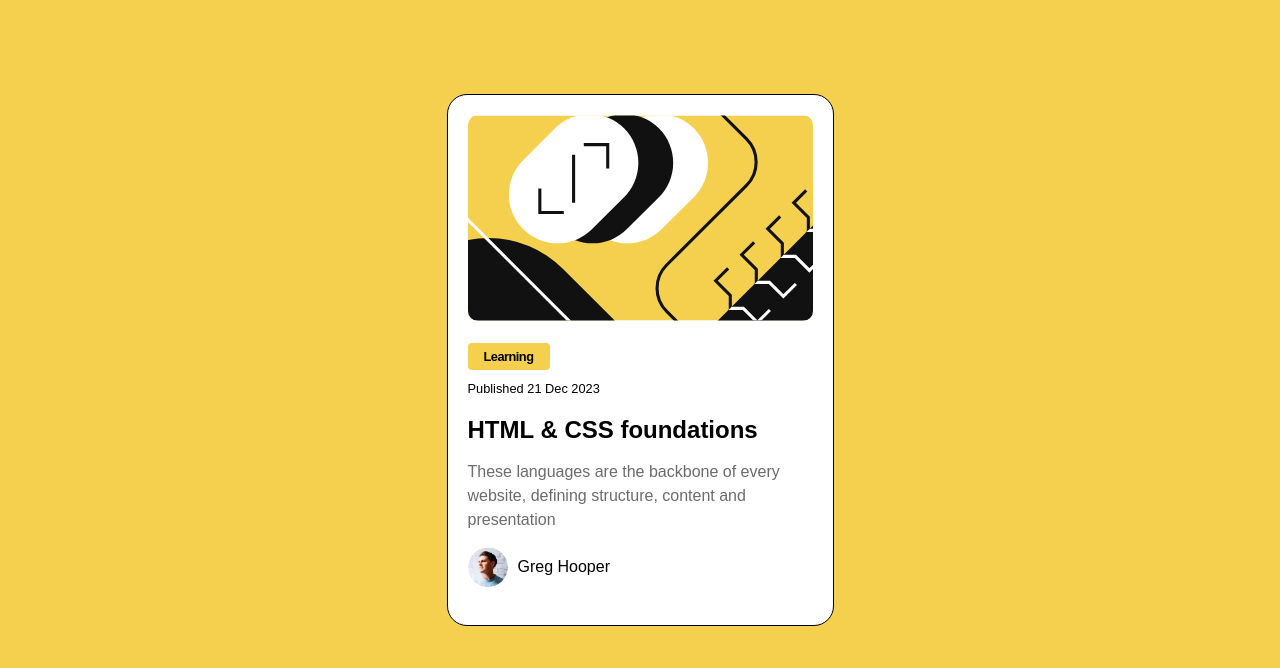
Repository: brandontaylor1/blogpreviewcard
Page: index.html
These files come from the project's save history. The page is drawn as it stood at one moment and after the next save; the edit follows.
The browser window is 1280 px wide. The pictures show the whole page.
The pointer rests on the first visible `.container`.

Above is the page before, as saved 2024-12-25 11:53:54.

### index.html
<!DOCTYPE html>
<html lang="en">
<head>
    <meta charset="UTF-8">
    <meta name="viewport" content="width=device-width, initial-scale=1.0">
    <link rel="stylesheet" href="./index.css">
    <title>HTML & CSS Foundations</title>
</head>
<body>
    <main class="container">
        <div class="img-container">
            <img src="./images/illustration-article.svg" class="heading-img" alt="">
        </div>
        <div class="card-content">
            <p id="learning-tag">Learning</p>
            <div class="card-content-text">
                <p>Published 21 Dec 2023</p>
                <h2>HTML & CSS foundations</h2>
                <h3>These languages are the backbone of every website, defining structure, content and presentation</h3>
            </div>
        </div>
        <div class="user-footer">
            <img src="./images/image-avatar.webp" alt="person-image">
            <p>Greg Hooper</p>
        </div>
    </main>

    <script src="index.js"></script>
</body>
</html>

### index.css
:root {
    /* COLORS */
    --primary-yellow: hsl(47, 88%, 63%);
    --primary-white: hsl(0, 0%, 100%);
    --primary-gray-reg: hsl(0, 0%, 42%);
    --primary-gray-bold: hsl(0, 0%, 7%);

    --main-font-size: 16px;

    --main-font-family: 'Figtree', sans-serif;
    --main-font-weight-reg: 500;
    --main-font-weight-bold: 800;
}


body {
    box-sizing: border-box;
    margin: 0;
    padding: 0;
    height: 100vh;
    font-family: var(--main-font-family);
    display: flex;
    align-items: center;
    justify-content: center;
    background-color: var(--primary-yellow);
}

.container {
    width: 350px;
    height: 500px;
    margin: 0 auto;
    padding: 0 20px;
    background-color: var(--primary-white);
    width: 350px;
    padding: 20px;
    border-radius: 20px;
    border: 1px solid black;
    box-shadow: 5px 5px 0 1px rgba(0, 0, 0, 1);
    transition: all 0.3s ease;
}

.container:hover {
    box-shadow: 0 0 0 0 rgba(0, 0, 0, 0.5);
    height: 490px;
    width: 345px;
}

.heading-img {
    width: 100%;
    margin-bottom: 5px;
    border-radius: 10px;
}

.card-content {
    width: 100%;
    display: flex;
    flex-direction: column;
    align-items: left;
    justify-content: space-between;
}

#learning-tag {
    background-color: var(--primary-yellow);
    padding: 6px 1px;
    border-radius: 4px;
    font-size: .8rem;
    font-weight: var(--main-font-weight-bold);
    width: 80px;
    text-align: center;
    letter-spacing: -.5px;

}

.card-content-text {
    margin-top: -15px;
    font-size: .8rem;
}

.card-content-text h2 {
    font-size: 1.5rem;
    font-family: var(--main-font-family);
    font-weight: var(--main-font-weight-bold);
    margin-bottom: 10px;
}

.card-content-text h3 {
    font-size: 1rem;
    line-height: 1.5;
    font-family: var(--main-font-family);
    font-weight: var(--main-font-weight-reg);
    color: var(--primary-gray-reg);
    margin-bottom: 10px;
}

.user-footer {
    display: flex;
    align-items: center;

}

.user-footer img {
    width: 40px;
    height: 40px;
    border-radius: 50%;
    margin-right: 10px;
}

Loaded but not shown: index.js (no stored copy; drawn as an empty file)

After the next save:
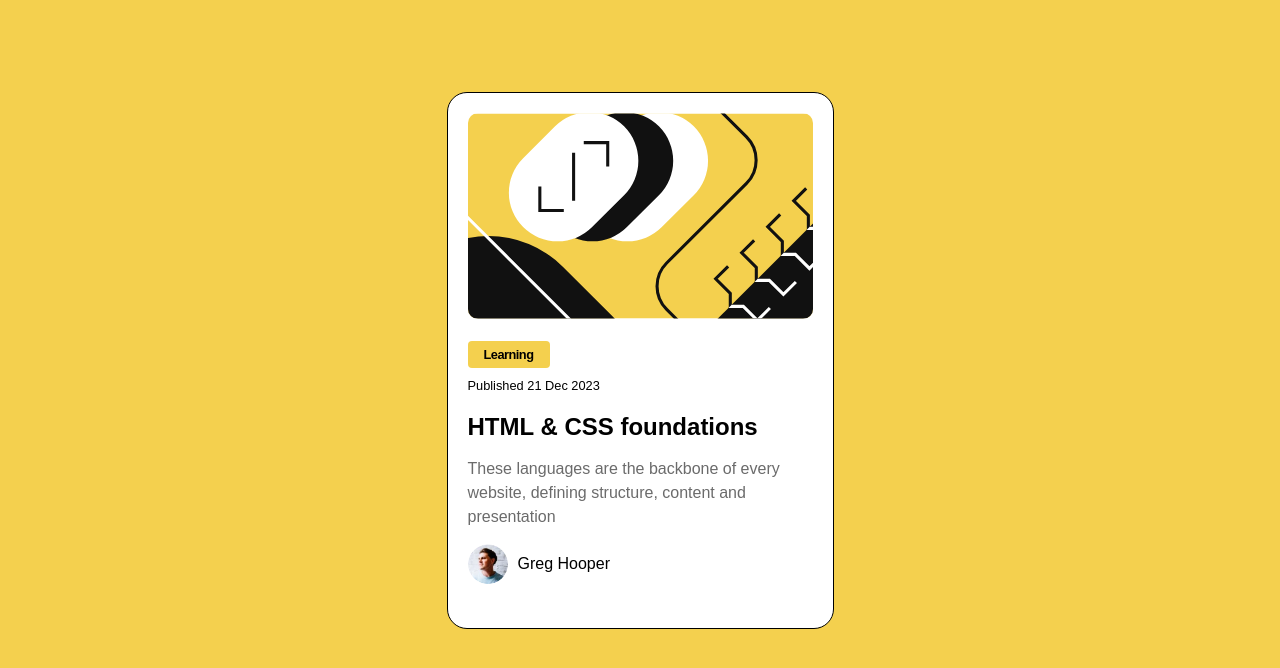
Saved 4 s later.
--- a/index.css
+++ b/index.css
@@ -41,7 +41,7 @@ body {
 
 .container:hover {
     box-shadow: 0 0 0 0 rgba(0, 0, 0, 0.5);
-    height: 490px;
+    height: 495px;
     width: 345px;
 }
 
